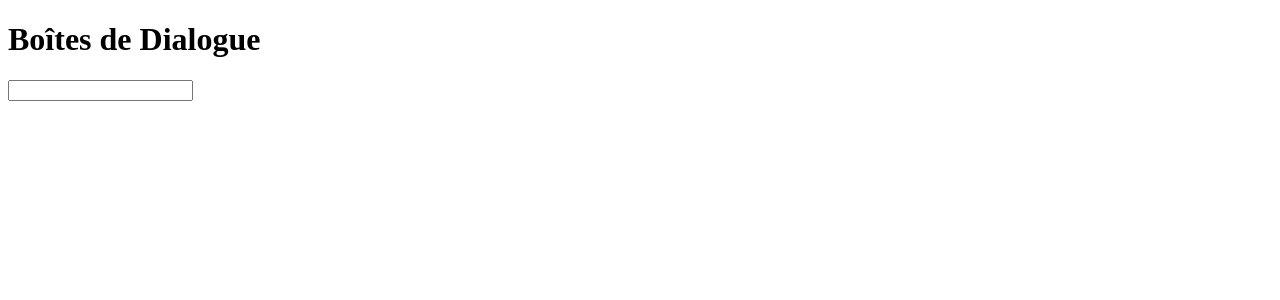
Repository: Dispasim/API2
Page: http://localhost/
An editor plug-in stored every save of this project. The page is shown before and after the next save, followed by the edit.
The browser window is 1280 px wide. The pictures show the whole page.
The page is served by the project's application, run on Django 4.2 (manage.py). Other server files are loaded and not shown.

Above is the page before, as saved 2023-11-13 02:43:50.

### templates/projet/site.html
<!DOCTYPE html>
<html>
<head>
    <title>Boîtes de Dialogue</title>
</head>
<body>
    <h1>Boîtes de Dialogue</h1>
    <input type="number" id="nombre_boites" name="nombre_boites" value="{{ nombre_boites }}">
    <script>

    </script>
</body>
</html>

### core/urls.py

from django.contrib import admin
from django.urls import path, include

urlpatterns = [
    path('admin/', admin.site.urls),
    path('',include('projet.urls', namespace='projet')),
    path('api/',include('projet_api.urls', namespace='projet_api'))
]

### projet/urls.py
from django.urls import path
from django.views.generic import TemplateView
#from .views import AccueilView
from . import views
from .views import index
from .views import post_view
from .views import create_subtrade

app_name = 'projet'

urlpatterns = [
    path('',TemplateView.as_view(template_name="projet/site.html")),
    #path('test/',TemplateView.as_view(template_name="projet/test.html")),
    path("test/", index, name="index"),
    path('test2/',TemplateView.as_view(template_name="projet/test2.html")),
    path('post_view/', post_view, name='post_view'),
    path('create_subtrade/', create_subtrade, name='create_subtrade')

]

### projet_api/urls.py
from django.urls import path
from .views import OrderList, OrderDetail

app_name = 'projet_api'

urlpatterns = [
    path('<int:pk>/',OrderDetail.as_view(),name='detailcreate'),
    path('',OrderList.as_view(), name='listcreate')
]

### templates/projet/index.html
<form action="/create_subtrade/" method = 'post'>
    {% csrf_token %}
    {{ form }}
    <input type="submit" value="Soumettre"></input>
</form>

### projet/forms.py
from django import forms


class CreateSubtradeForm(forms.Form):
    text_subtrade = forms.CharField(label = "Text", max_length=100)

### projet/views.py
from django.shortcuts import render
from .models import subtrade
from django.views import View
from .modele import modele
import requests
from django.urls import reverse
from django.http import HttpResponse
from .models import subtrade
from .forms import CreateSubtradeForm


modele = modele()










def index(request):
    return render(request,'projet/test.html')

def post_view(request):
    if request.method == 'POST':
        nombre_boites = request.POST.get('nombre_boites')
        contenu_boites = []

        for i in range(int(nombre_boites)):
            boite_id = 'subtrade{}'.format(i + 1)
            contenu_boite = request.POST.get(boite_id)
            contenu_boites.append(contenu_boite)

        # Faites quelque chose avec les données récupérées, comme les enregistrer dans la base de données
        # ...

        return HttpResponse("Données du formulaire soumises avec succès!")
    else:
        # Traitement si la requête n'est pas de type POST
        return render(request, 'projet/test.html')


def create_subtrade(request):
    if (request.method=='POST'):
        form = CreateSubtradeForm(request.POST)
        if (form.is_valid()):
            text = form.cleaned_data["text_subtrade"]
            subtrade_ =  subtrade(text_subtrade = text)
            subtrade_.save()
            return HttpResponse("Succès")
    form = CreateSubtradeForm()
    return render(request, "projet/index.html", {"form" : form})

After the next save:
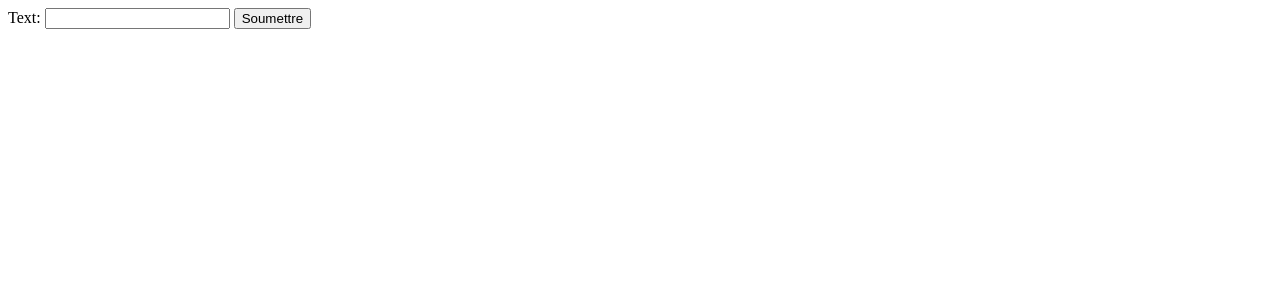
Saved 45 h 39 min later.
--- a/projet/urls.py
+++ b/projet/urls.py
@@ -9,11 +9,11 @@ from .views import create_subtrade
 app_name = 'projet'
 
 urlpatterns = [
-    path('',TemplateView.as_view(template_name="projet/site.html")),
+    #path('',TemplateView.as_view(template_name="projet/site.html")),
     #path('test/',TemplateView.as_view(template_name="projet/test.html")),
     path("test/", index, name="index"),
     path('test2/',TemplateView.as_view(template_name="projet/test2.html")),
     path('post_view/', post_view, name='post_view'),
-    path('create_subtrade/', create_subtrade, name='create_subtrade')
+    path('', create_subtrade, name='create_subtrade')
 
 ]
